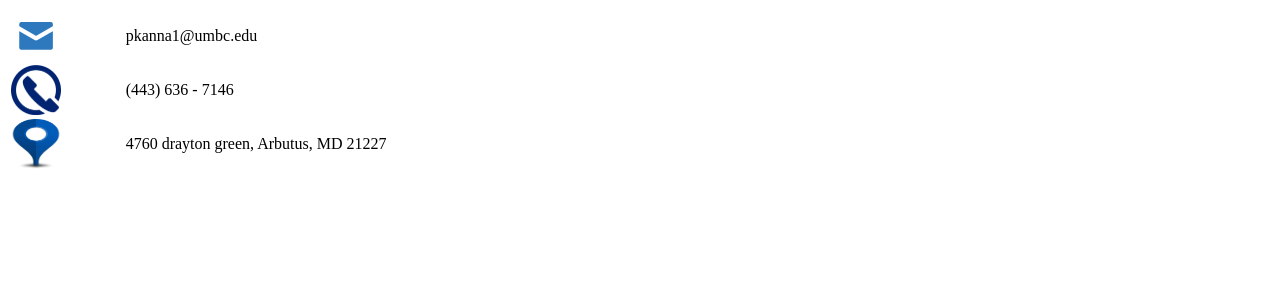
Repository: phanindrakannaji/Resume
Page: http://localhost/application/pages/contact.php
These files come from the project's save history. The page is drawn as it stood at one moment and after the next save; the edit follows.
The browser window is 1280 px wide. The pictures show the whole page.
The page is run by PHP 8.4 with error messages shown; the project is at /var/www/html/.

Above is the page before, as saved 2016-09-25 02:06:09.
Console error: ReferenceError: $ is not defined

### Resume/application/pages/contact.php
<script src="../resources/scripts/refreshScript.js"
	type="text/javascript"></script>

<table>
	<tbody>
		<tr>
			<td width="30%"><img height="50" width="50"
				src="../resources/images/emaillogo.png" /></td>
			<td width="70%">pkanna1@umbc.edu</td>
		</tr>
		<tr>
			<td width="30%"><img height="50" width="50"
				src="../resources/images/phonelogo.png" /></td>
			<td width="70%">(443) 636 - 7146</td>
		</tr>
		<tr>
			<td width="30%"><img height="50" width="50"
				src="../resources/images/addresslogo.png" /></td>
			<td width="70%">4760 drayton green, Arbutus, MD 21227</td>
		</tr>
	</tbody>
</table>

### Resume/resources/scripts/refreshScript.js
$(document).ready(function(){
	$("#commandInput").keypress(function(e){
		keypressInBox(e);
	});
})

After the next save:
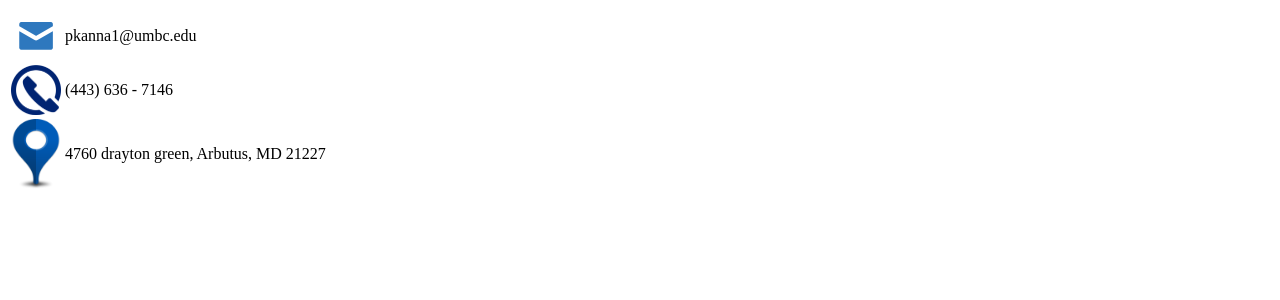
Saved 58 s later.
--- a/Resume/application/pages/contact.php
+++ b/Resume/application/pages/contact.php
@@ -4,19 +4,19 @@
 <table>
 	<tbody>
 		<tr>
-			<td width="30%"><img height="50" width="50"
+			<td width="10%"><img height="50" width="50"
 				src="../resources/images/emaillogo.png" /></td>
-			<td width="70%">pkanna1@umbc.edu</td>
+			<td width="90%">pkanna1@umbc.edu</td>
 		</tr>
 		<tr>
-			<td width="30%"><img height="50" width="50"
+			<td width="10%"><img height="50" width="50"
 				src="../resources/images/phonelogo.png" /></td>
-			<td width="70%">(443) 636 - 7146</td>
+			<td width="90%">(443) 636 - 7146</td>
 		</tr>
 		<tr>
-			<td width="30%"><img height="50" width="50"
+			<td width="10%"><img height="70" width="50"
 				src="../resources/images/addresslogo.png" /></td>
-			<td width="70%">4760 drayton green, Arbutus, MD 21227</td>
+			<td width="90%">4760 drayton green, Arbutus, MD 21227</td>
 		</tr>
 	</tbody>
 </table>
